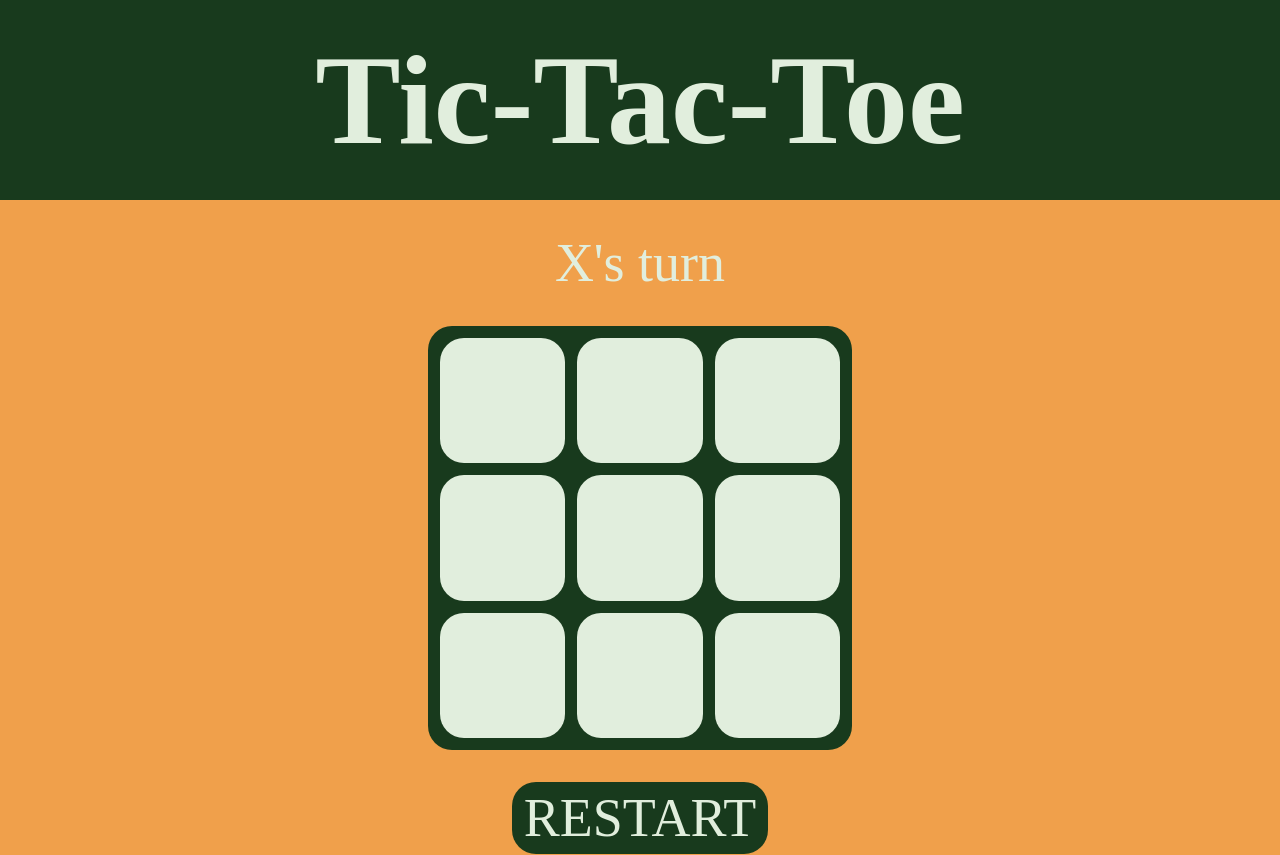
Repository: yeetzpxoci/tic-tac-toe
Page: index.html
The author's editor kept a copy of each file at every save. The page is drawn from the files as they stood at one save, then again after the next save.
The browser window is 1280 px wide. The pictures show the whole page.
Some web fonts or font styles are not loaded; a fallback is used.

Above is the page before, as saved 2023-02-23 18:55:49.

After the next save:
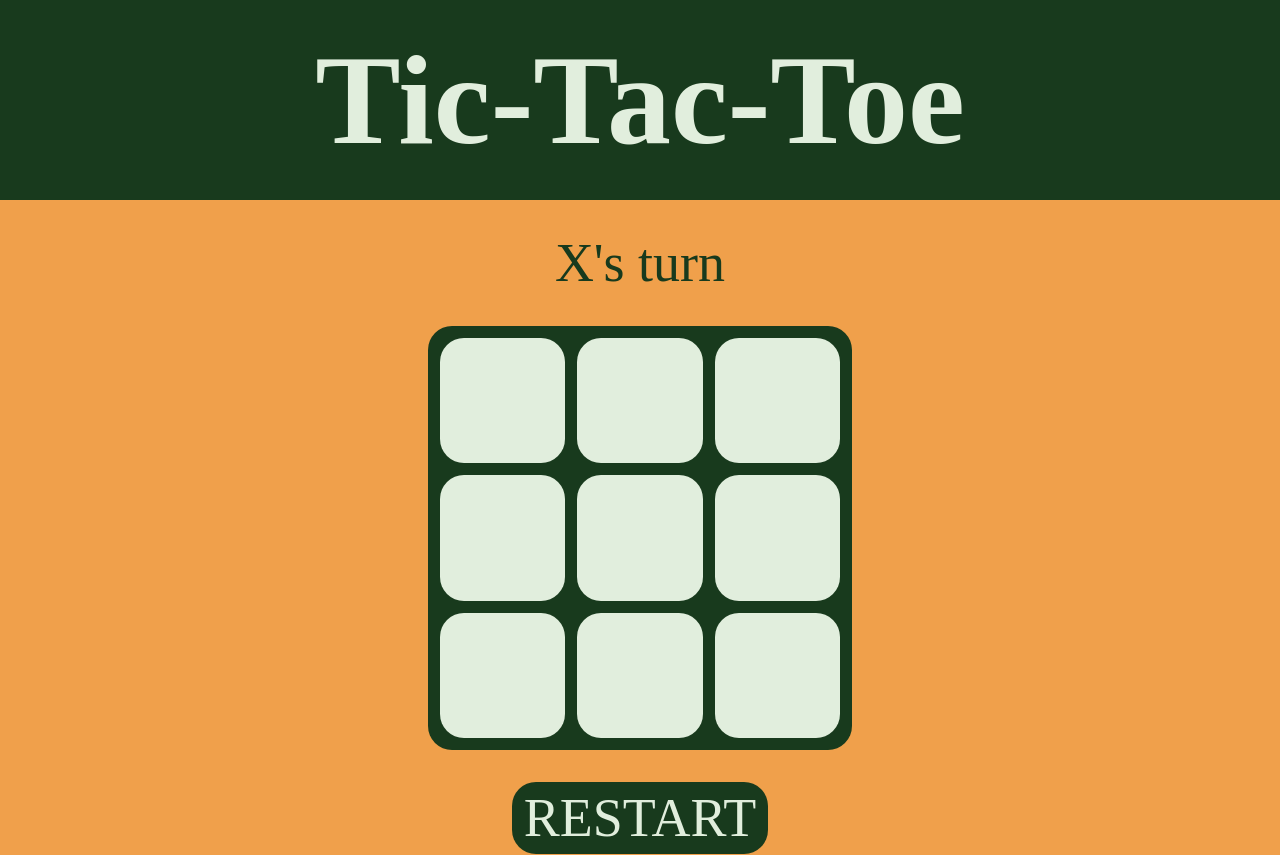
Saved 45 s later.
--- a/styles.css
+++ b/styles.css
@@ -50,6 +50,7 @@ body {
     background-color: #E1EEDD;
     border-radius: 24px;
     border-width: 0px;
+    cursor: pointer;
 }
 
 #restart {
@@ -61,10 +62,11 @@ body {
     font-family: 'Tilt Warp', cursive;
     background-color: #183A1D;
     color: #E1EEDD;
+    cursor: pointer;
 }
 
 #turn {
-    color: #E1EEDD;
+    color: #183A1D;
     font-size: 54px;
     margin: 0;
 }
